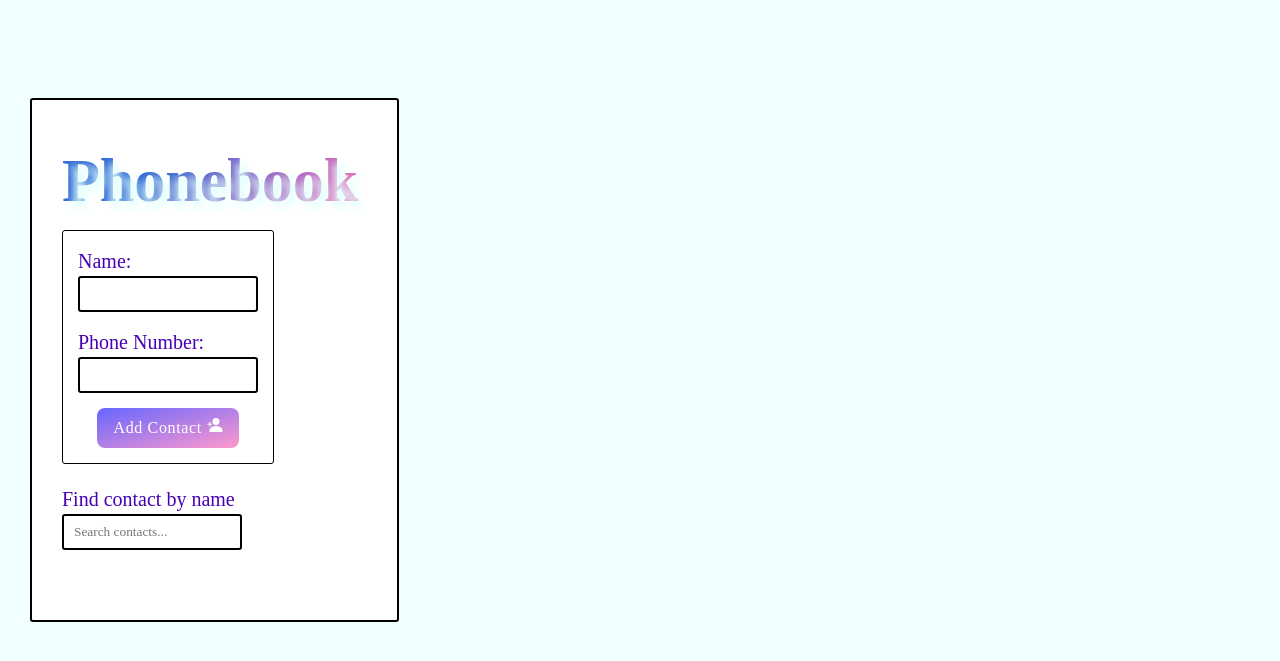
Repository: PoppyHanna/goit-neo-react-hw-module6
Page: /
An editor plug-in stored every save of this project. The page is shown before and after the next save, followed by the edit.
The browser window is 1280 px wide. The pictures show the whole page.
The project was rebuilt for these pictures with package versions that can differ from the ones it lists, and the page was loaded fresh each time. Also part of the build but not shown: vite.config.js, src/components/contact/Contact.module.css, src/components/contact/Contact.jsx.

Above is the page before, as saved 2026-07-05 16:03:16.

After the next save:
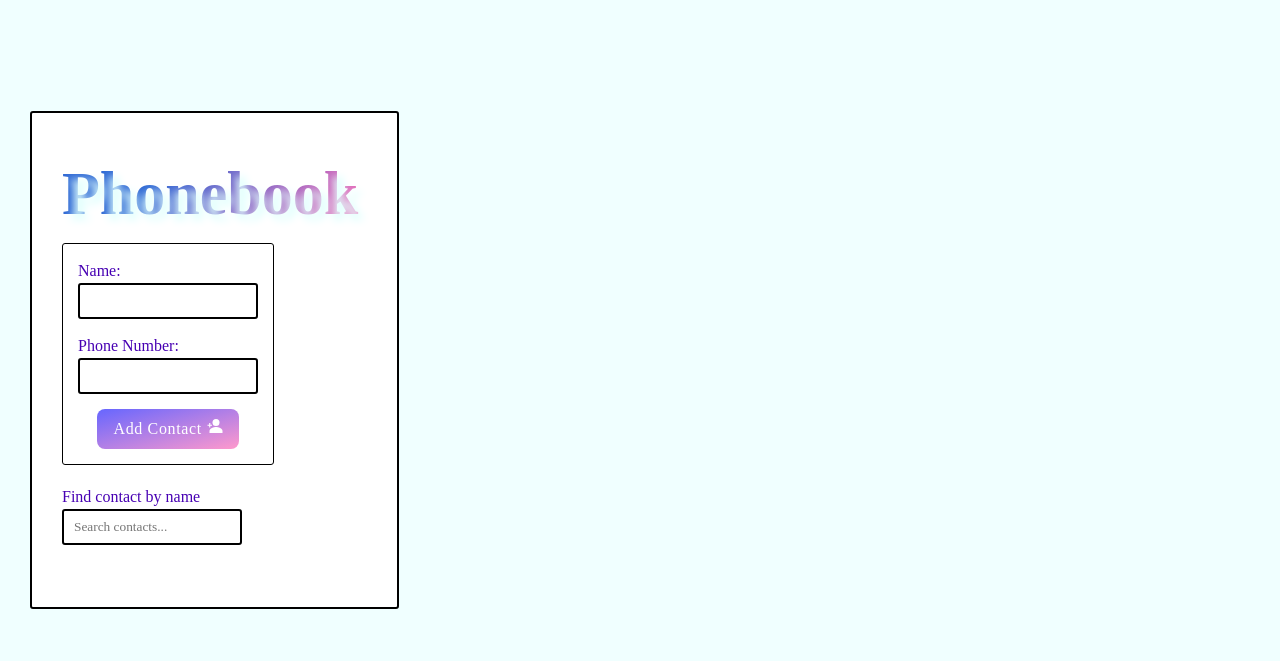
Saved 69 s later.
--- a/src/App.module.css
+++ b/src/App.module.css
@@ -1,6 +1,6 @@
 body {
   font-family: "Brush Script MT", cursive;
-  font-size: 20px;
+  /* font-size: 20px; */
   color: #4700b3;
   background-color: azure;
 }
